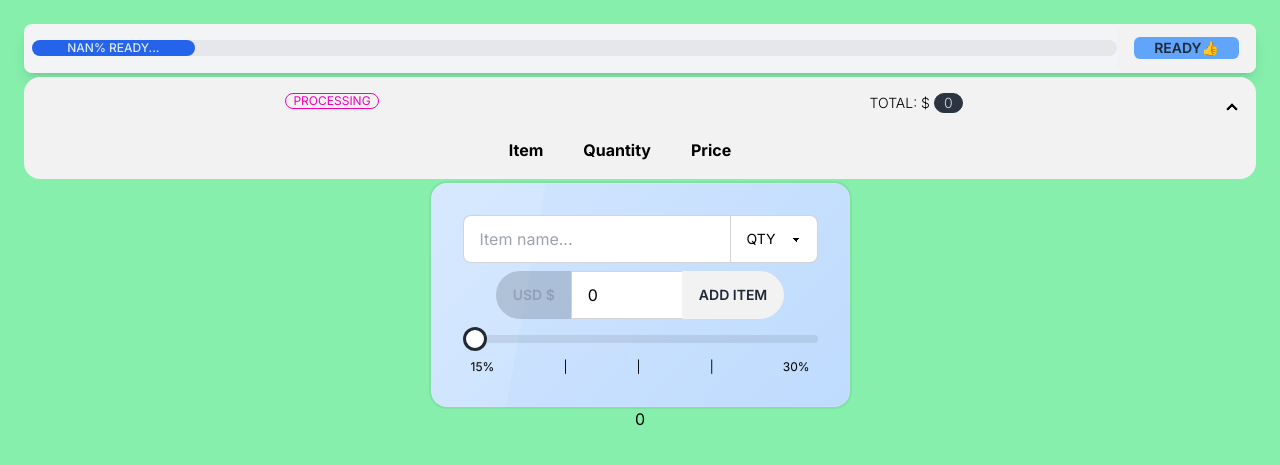
Repository: bitepay/bitepay-xyz
Page: /table
These files come from the project's save history. The page is drawn as it stood at one moment and after the next save; the edit follows.
The browser window is 1280 px wide. The pictures show the whole page.
The page's requests for data from a server got no answer. The project was rebuilt for these pictures with package versions that can differ from the ones it lists, and the page was loaded fresh each time. The framework's server and built-in components were replaced by stand-ins that run in the browser. No one was signed in, and anything a server would have sent is missing. Also part of the build but not shown: next.config.js.

Above is the page before, as saved 2023-06-27 23:01:09.

After the next save:
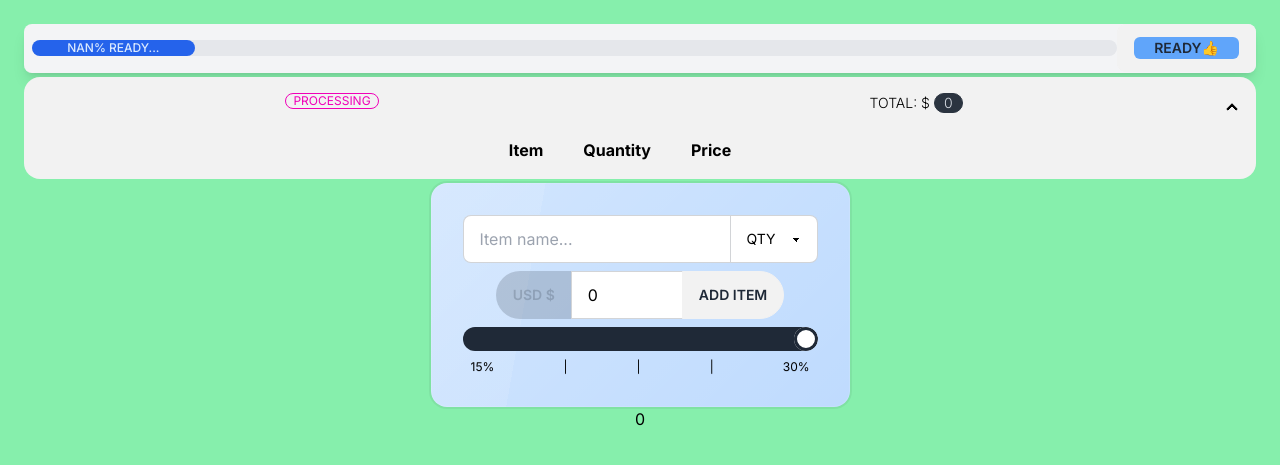
Saved 31 s later.
--- a/src/components/AddItemInput.jsx
+++ b/src/components/AddItemInput.jsx
@@ -72,7 +72,7 @@
 							<button className="btn join-item rounded-r-full" disabled={user.status === 'READY'} onClick={(e) => handleClick(e)}>ADD ITEM</button>
 						</div>
 					</div>
-						<input type="range" min="15" max="30" value={user.tip ? user.tip : 15} className="range" step="1" onChange={(e) => handleTipChange(e)} />
+						<input type="range" min="15" max="30" className="range" step="1" onChange={(e) => handleTipChange(e)} />
 						<div className="w-full flex justify-between text-xs px-2">
 							<span>15%</span>
 							<span>|</span>

After the save that followed:
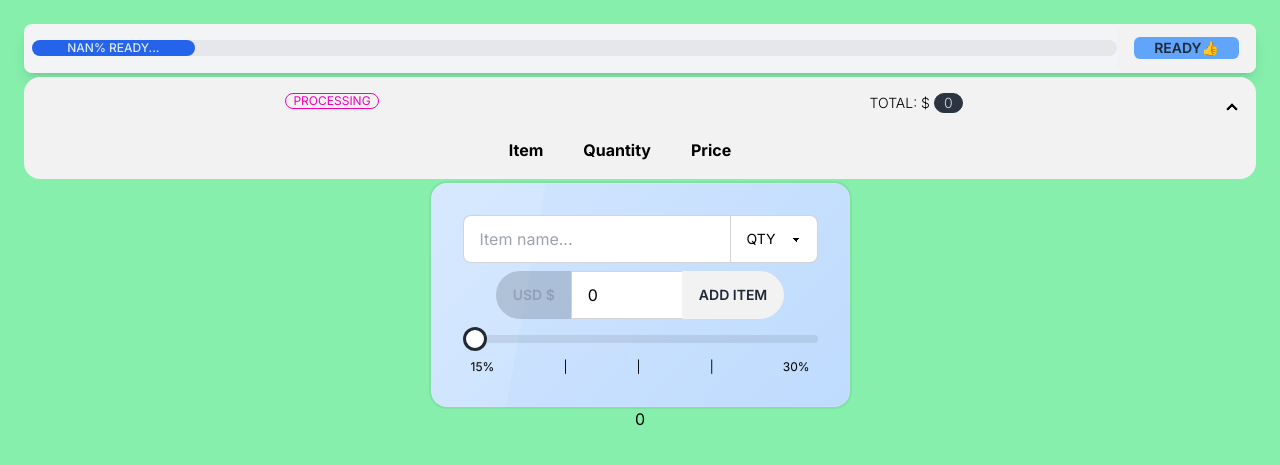
Saved 102 s later.
--- a/src/components/AddItemInput.jsx
+++ b/src/components/AddItemInput.jsx
@@ -4,6 +4,7 @@
 	const [itemName, setItemName] = useState('');
 	const [itemPrice, setItemPrice] = useState(0);
 	const [itemQuantity, setItemQuantity] = useState(0);
+	const [userTip, setUserTip] = useState(15);
 
 	const handleClick = (e) => {
 			e.preventDefault();
@@ -25,6 +26,7 @@
 	}
 
 	const handleTipChange = (e) => {
+		setUserTip(parseInt(e.target.value));
 		setUser((prevUser) => {
 			prevUser.tip = parseInt(e.target.value)
 			return prevUser
@@ -72,7 +74,7 @@
 							<button className="btn join-item rounded-r-full" disabled={user.status === 'READY'} onClick={(e) => handleClick(e)}>ADD ITEM</button>
 						</div>
 					</div>
-						<input type="range" min="15" max="30" className="range" step="1" onChange={(e) => handleTipChange(e)} />
+						<input type="range" min="15" max="30" value={userTip} className="range" step="1" onChange={(e) => handleTipChange(e)} />
 						<div className="w-full flex justify-between text-xs px-2">
 							<span>15%</span>
 							<span>|</span>
